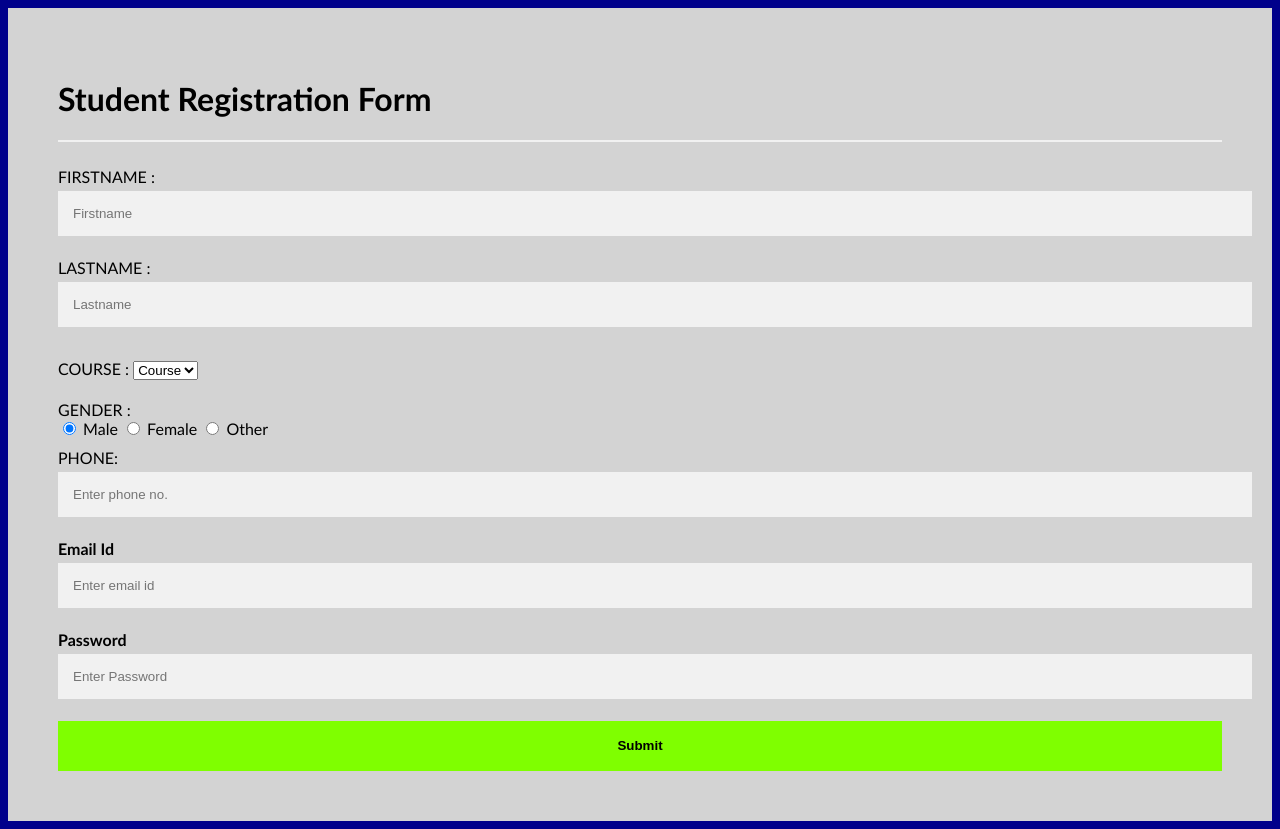
Repository: MriOj/OnlineExamPortal
Page: http://localhost/ExamPortal/sregister.jsp
An editor plug-in stored every save of this project. The page is shown before and after the next save, followed by the edit.
The browser window is 1280 px wide. The pictures show the whole page.
The page is served by Tomcat 9.

Above is the page before, as saved 2021-09-06 11:24:19.

After the next save:
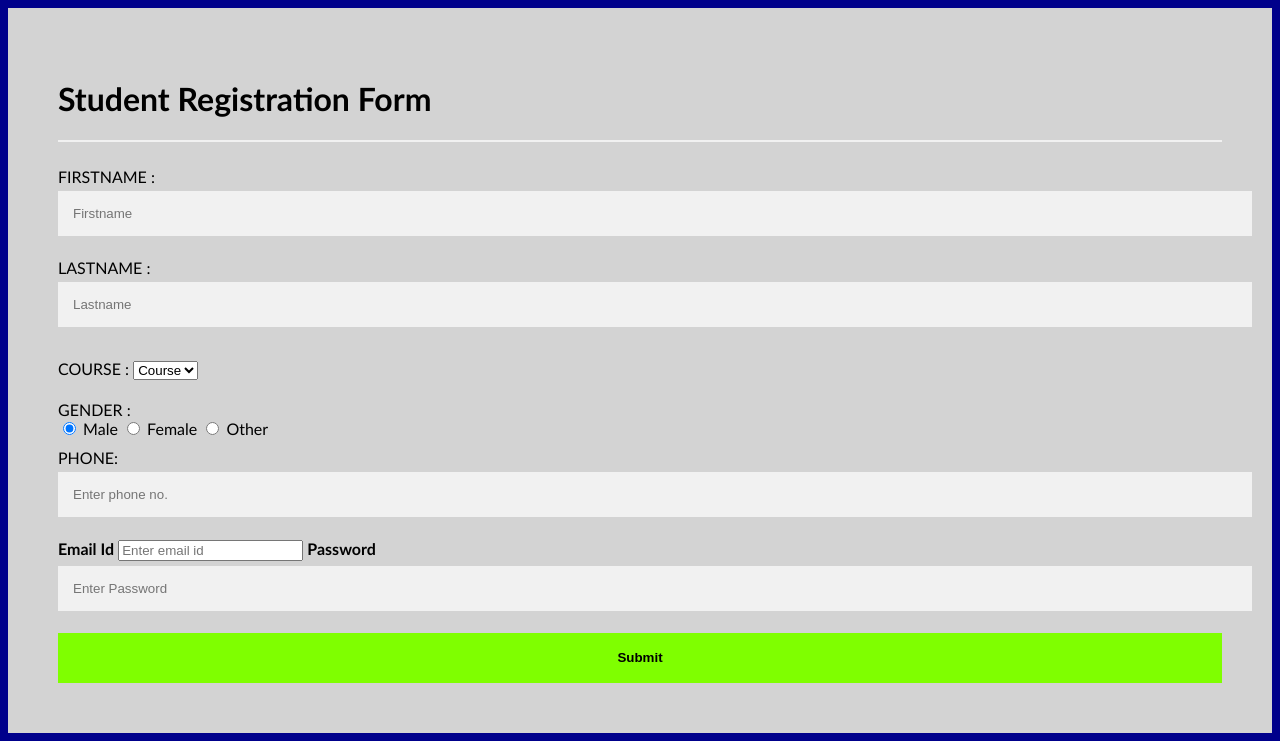
Saved 59 s later.
--- a/ExamPortal/src/main/webapp/sregister.jsp
+++ b/ExamPortal/src/main/webapp/sregister.jsp
@@ -43,7 +43,7 @@
     <input type="text" name="phone" placeholder="Enter phone no." size="10" required>
 
     <label for="emailid"><b>Email Id</b></label>
-    <input type="text" placeholder="Enter email id" name="emailid" required>
+    <input type="email" placeholder="Enter email id" name="emailid" required>
 
     <label for="psw"><b>Password</b></label>
     <input type="password" placeholder="Enter Password" name="password" required>

After the save that followed:
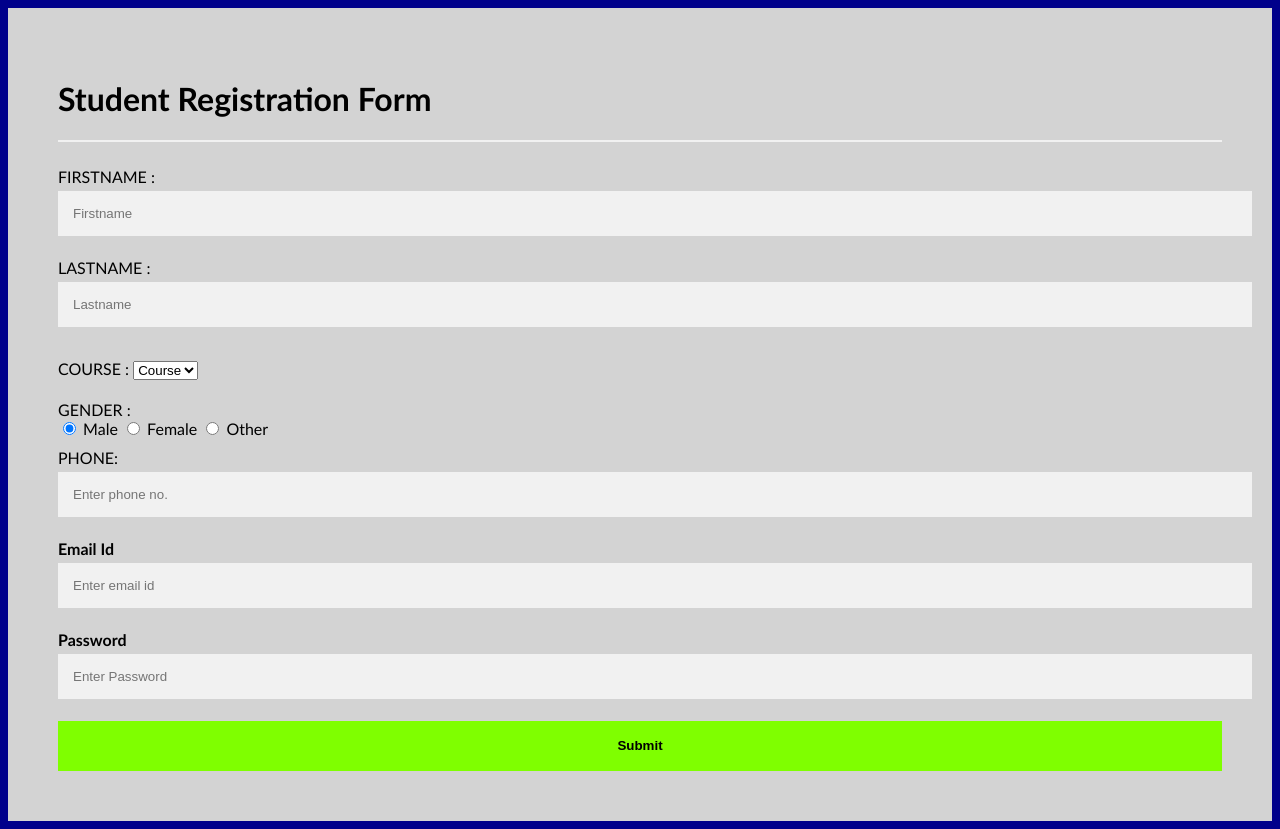
Saved 29 s later.
--- a/ExamPortal/src/main/webapp/css/sregister.css
+++ b/ExamPortal/src/main/webapp/css/sregister.css
@@ -7,7 +7,7 @@ body{
   background-color:#D3D3D3;
 }
 
-input[type=number], input[type=text],input[type=password] {
+input[type=number], input[type=text],input[type=password],input[type=email] {
   width: 100%;
   padding: 15px;
   margin: 5px 0 22px 0;
